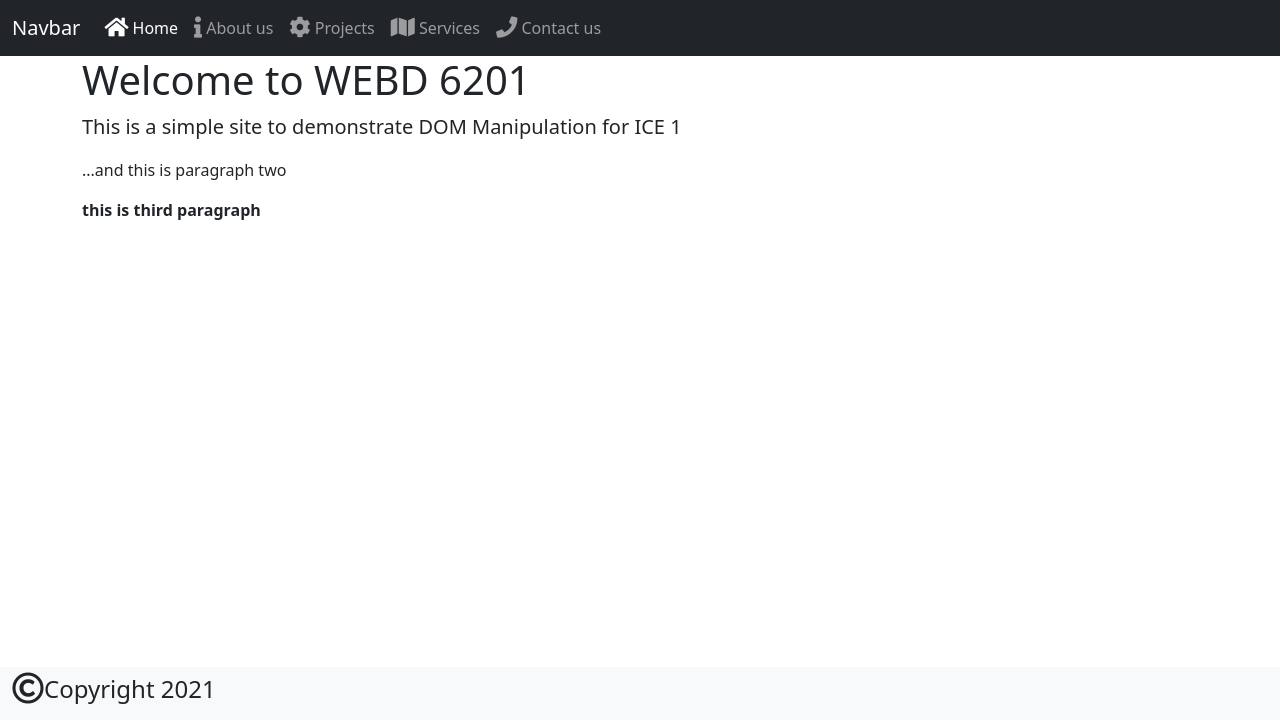
Repository: Hasib001/WEBD6201---W2021---ICE-1
Page: index.html
An editor plug-in stored every save of this project. The page is shown before and after the next save, followed by the edit.
The browser window is 1280 px wide. The pictures show the whole page.

Above is the page before, as saved 2021-02-06 13:38:23.

### index.html
<!DOCTYPE html>
<html lang="en">
<head>
    <meta charset="UTF-8">
    <meta name="viewport" content="width=device-width, initial-scale=1.0">
    <title>WEBD6201 - W2021 - ICE 1</title>
    <!--CSS Section -->
    <link rel="stylesheet" href="./node_modules/bootstrap/dist/css/bootstrap.min.css">
    <link rel="stylesheet" href="./node_modules/@fortawesome/fontawesome-free/css/all.css">
    <link rel="stylesheet" href="./Content/app.css" >
</head>
<body>

    <header>
        <nav class="navbar navbar-expand-lg navbar-dark bg-dark">
            <div class="container-fluid">
              <a class="navbar-brand" href="#">Navbar</a>
              <button class="navbar-toggler" type="button" data-bs-toggle="collapse" data-bs-target="#navbarSupportedContent" aria-controls="navbarSupportedContent" aria-expanded="false" aria-label="Toggle navigation">
                <span class="navbar-toggler-icon"></span>
              </button>
              <div class="collapse navbar-collapse" id="navbarSupportedContent">
                <ul class="navbar-nav me-auto mb-2 mb-lg-0">
                  <li class="nav-item">
                    <a class="nav-link active" aria-current="page" href="#"><i class="fas fa-home fa-lg"></i> Home</a>
                  </li>

                  <li class="nav-item">
                    <a class="nav-link" aria-current="page" href="#"><i class="fas fa-info fa-lg"></i> About us</a>
                  </li>

                  <li class="nav-item">
                    <a class="nav-link" aria-current="page" href="#"><i class="fas fa-cog fa-lg"></i> Projects</a>
                  </li>

                  <li class="nav-item">
                    <a class="nav-link" aria-current="page" href="#"><i class="fas fa-map fa-lg"></i> Services</a>
                  </li>

                  <li class="nav-item">
                    <a class="nav-link" aria-current="page" href="#"><i class="fas fa-phone fa-lg"></i> Contact us</a>
                  </li>

                </ul>

              </div>
            </div>
          </nav>

    </header>

    <div>
        <main class="container">
            <h1>Welcome to WEBD 6201</h1>
            <p id="paragraphOne"></p>
        </main>
    </div>

    <footer>
        <nav class="navbar fixed-bottom navbar-light bg-light">
            <div class="container-fluid">
              <h4><i class="far fa-copyright fa-lg"></i>Copyright 2021</h4>
            </div>
          </nav>

    </footer>


    <!--JAvascript section-->
    <script src="./node_modules/jquery/dist/jquery.min.js"></script>
    <script src="./node_modules/bootstrap/dist/js/bootstrap.bundle.min.js"></script>
    <script src="./Scripts/app.js" > </script>

</body>
</html>

### Content/app.css
/* css code goes here */

### Scripts/app.js
/* custom javaScript code goes here */

//IIFE - Immediately Invoked Function Expression
//AKA
//closure

"use strict";

(function()
{
    function Start()
    {
        console.log("App Started...");
        let paragraphOneText ="This is a simple site to demonstrate DOM Manipulation for ICE 1";

        let paragraphOneElement=document.getElementById("paragraphOne");

        paragraphOneElement.textContent=paragraphOneText;
        paragraphOneElement.className="fs-5";

        //step 1. document.create element
        let newParagraph = document.createElement("p");
        //step 2. configure element
        newParagraph.setAttribute("id","paragraphTwo");
        newParagraph.textContent="...and this is paragraph two";

        //step 3. select the parent element
        let mainContent = document.getElementsByTagName("main")[0];

        //step 4. Add/Insert the element
        mainContent.appendChild(newParagraph);

        newParagraph.className="fs-6";




        let paragraphDiv = document.createElement('div');
        let paragraphThree = '<p id="paragraphThree" class="fs-7 fw-bold">this is third paragraph</P>';
         paragraphDiv.innerHTML=paragraphThree;


        //insertion before paragraph
        //newParagraph.before(paragraphDiv);

        newParagraph.after(paragraphDiv);






    }

    window.addEventListener("load",Start);
}

)();

Loaded but not shown: node_modules/bootstrap/dist/css/bootstrap.min.css (library); node_modules/@fortawesome/fontawesome-free/css/all.css (library); node_modules/jquery/dist/jquery.min.js (library); node_modules/bootstrap/dist/js/bootstrap.bundle.min.js (library)

After the next save:
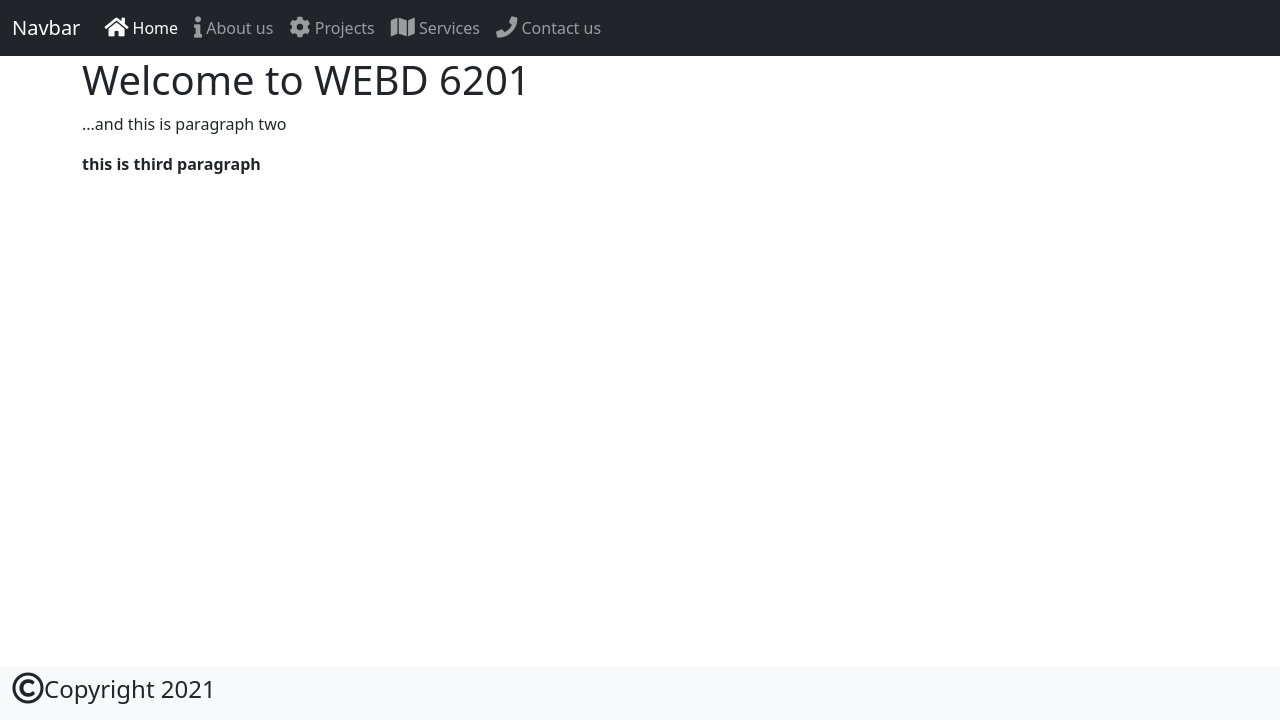
Saved 5 min 11 s later.
--- a/Scripts/app.js
+++ b/Scripts/app.js
@@ -43,8 +43,12 @@
         //insertion before paragraph
         //newParagraph.before(paragraphDiv);
 
+
+        //insertion after
         newParagraph.after(paragraphDiv);
 
+        //deletion
+        paragraphOneElement.remove();
 
 
 

After the save that followed:
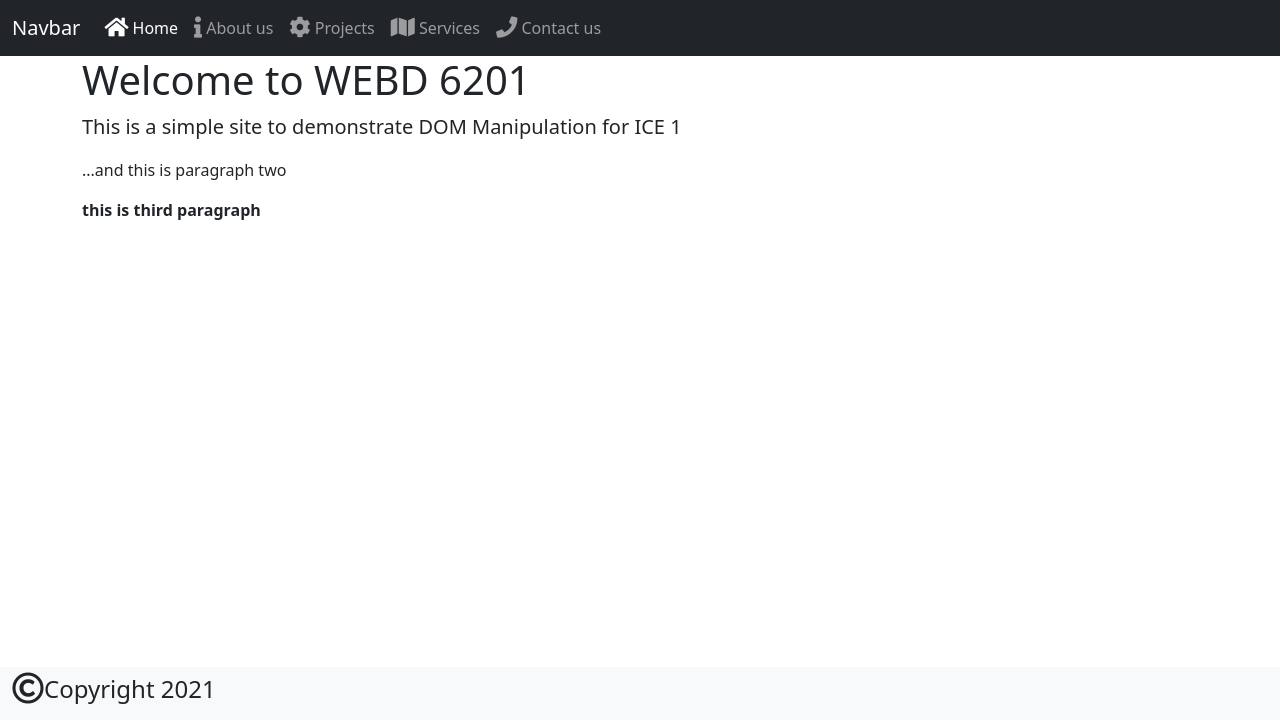
Saved 10 s later.
--- a/Scripts/app.js
+++ b/Scripts/app.js
@@ -48,7 +48,7 @@
         newParagraph.after(paragraphDiv);
 
         //deletion
-        paragraphOneElement.remove();
+        //paragraphOneElement.remove();
 
 
 
